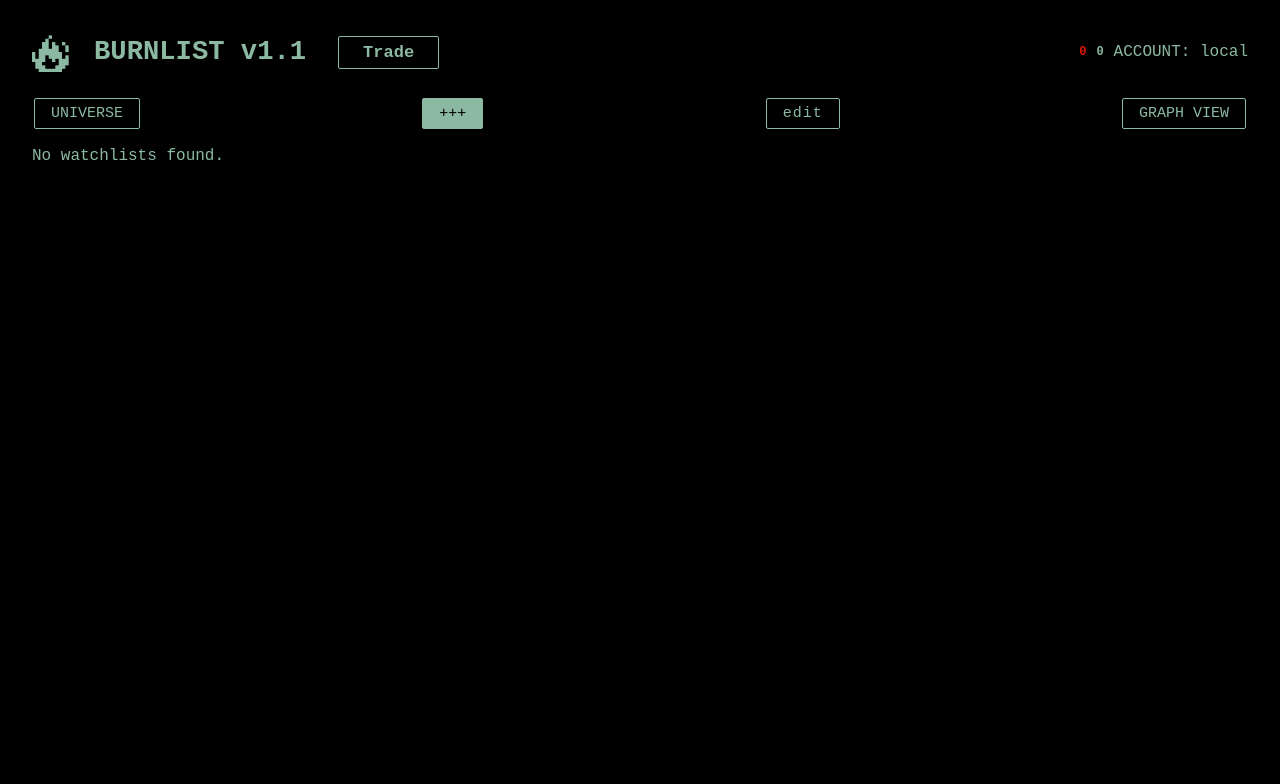
Repository: 11612x/burnlistv1.1
Page: /
The author's editor kept a copy of each file at every save. The page is drawn from the files as they stood at one save, then again after the next save.
The browser window is 1280 px wide. The pictures show the whole page.
The project was rebuilt for these pictures with package versions that can differ from the ones it lists, and the page was loaded fresh each time. Also part of the build but not shown: vite.config.js, src/components/CustomTooltip.jsx, src/logic/portfolioUtils.js, src/components/WatchlistChart.jsx, src/components/NotificationBanner.jsx, src/components/WatchlistHeader.jsx, src/components/TimeframeSelector.jsx, src/hooks/useAverageReturn.js and 16 more.

Above is the page before, as saved 2025-07-17 00:52:09.

After the next save:
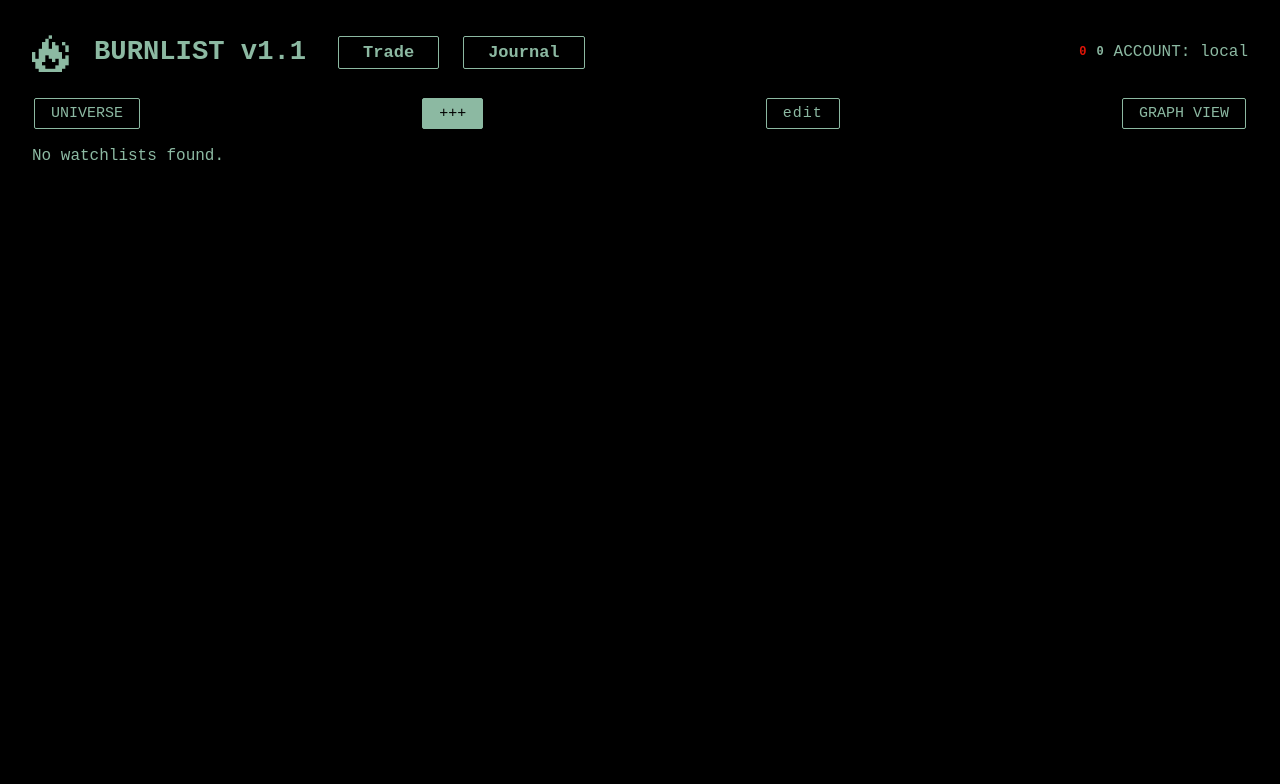
Saved 12 s later.
--- a/src/pages/HomePage.jsx
+++ b/src/pages/HomePage.jsx
@@ -267,6 +267,9 @@ const HomePage = ({ watchlists = {}, setWatchlists }) => {
           <strong style={{ fontSize: '170%', lineHeight: '40px', display: 'inline-block', color: green }}>BURNLIST v1.1</strong>
           <Link to="/trade" style={{ textDecoration: 'none', marginLeft: 18 }}>
             <CustomButton style={{ fontWeight: 700, fontSize: 17, padding: '6px 24px' }}>Trade</CustomButton>
+          </Link>
+          <Link to="/journal" style={{ textDecoration: 'none', marginLeft: 8 }}>
+            <CustomButton style={{ fontWeight: 700, fontSize: 17, padding: '6px 24px' }}>Journal</CustomButton>
           </Link>
         </div>
         <div style={{ display: 'flex', alignItems: 'center', gap: 10 }}>
